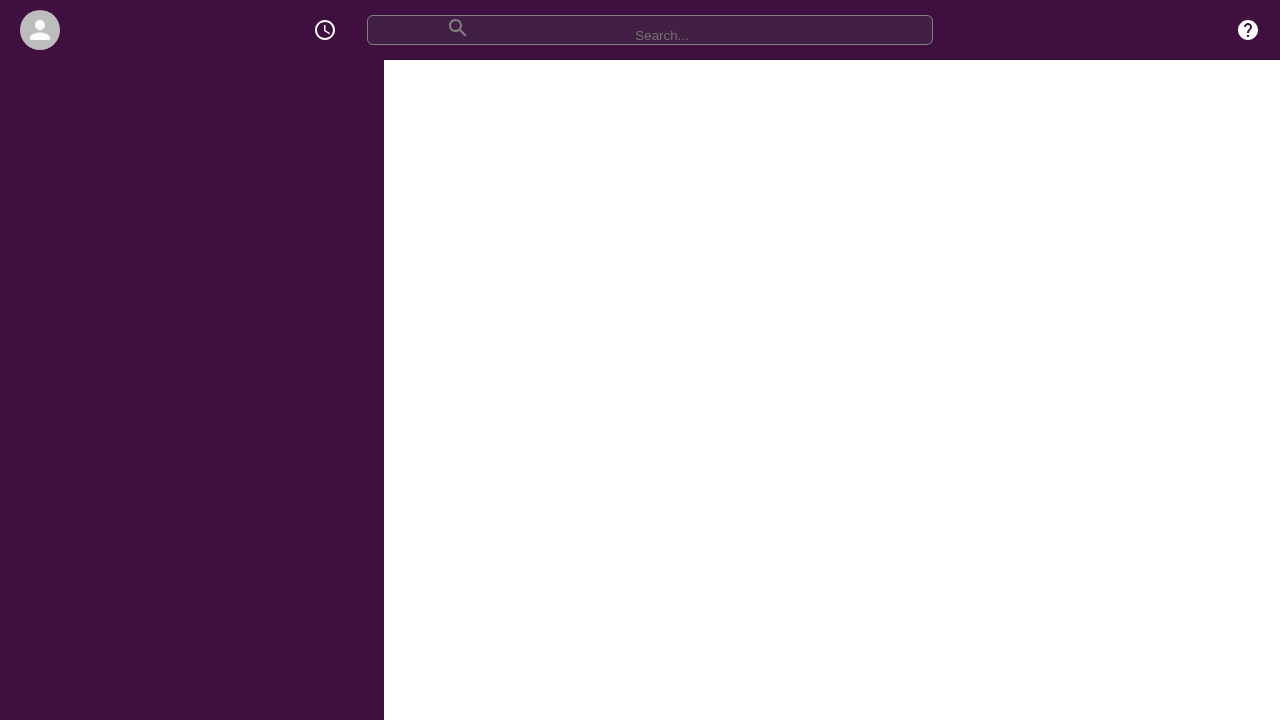
Repository: KrzysKolo/slackClone
Page: /
These files come from the project's save history. The page is drawn as it stood at one moment and after the next save; the edit follows.
The browser window is 1280 px wide. The pictures show the whole page.
The project was rebuilt for these pictures with package versions that can differ from the ones it lists, and the page was loaded fresh each time. Also part of the build but not shown: src/App.css, src/pages/About/About.js.

Above is the page before, as saved 2021-12-22 18:36:21.

After the next save:
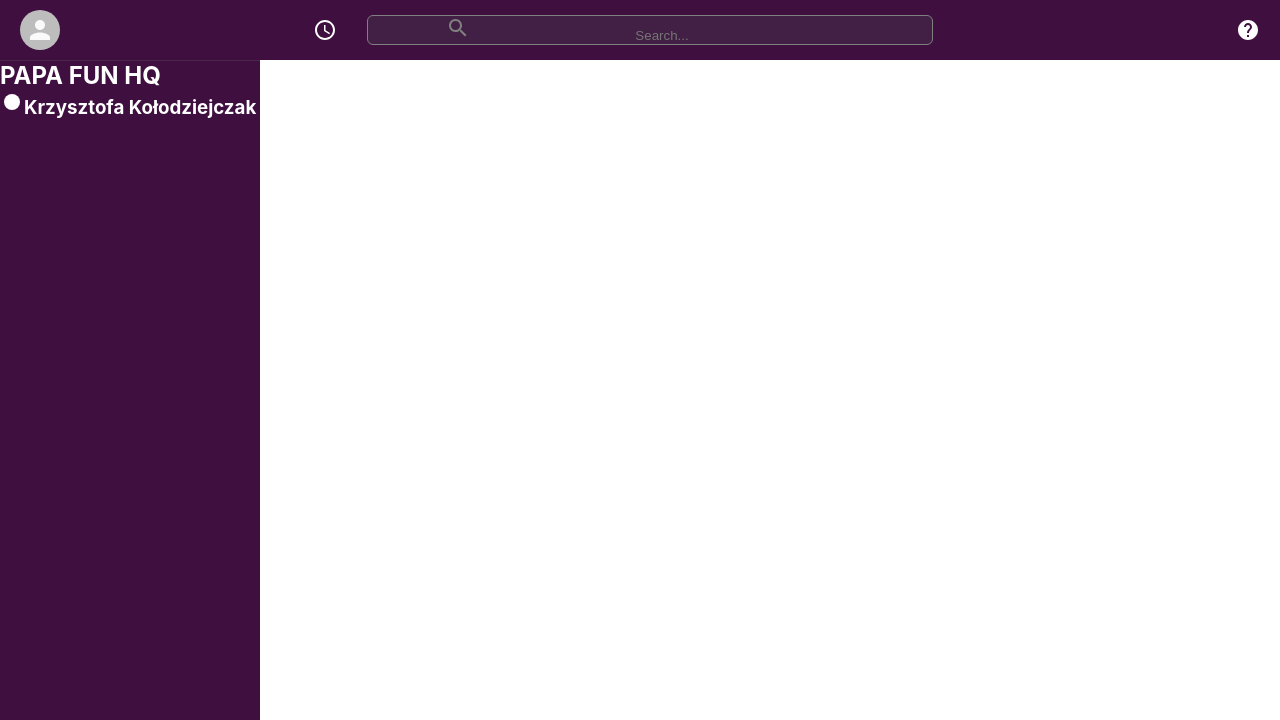
Saved 73 s later.
--- a/src/components/Sidebar/style.js
+++ b/src/components/Sidebar/style.js
@@ -4,6 +4,9 @@ export const SidebarContainer = styled.div`
   color: white;
   background-color: var(--slack-color);
   flex: 0.3;
+  border-top: 1px solid #49274b;
+  max-width: 260px;
+  margin-top: 60px;
 `;
 
 export const SidebarHead = styled.div``;
